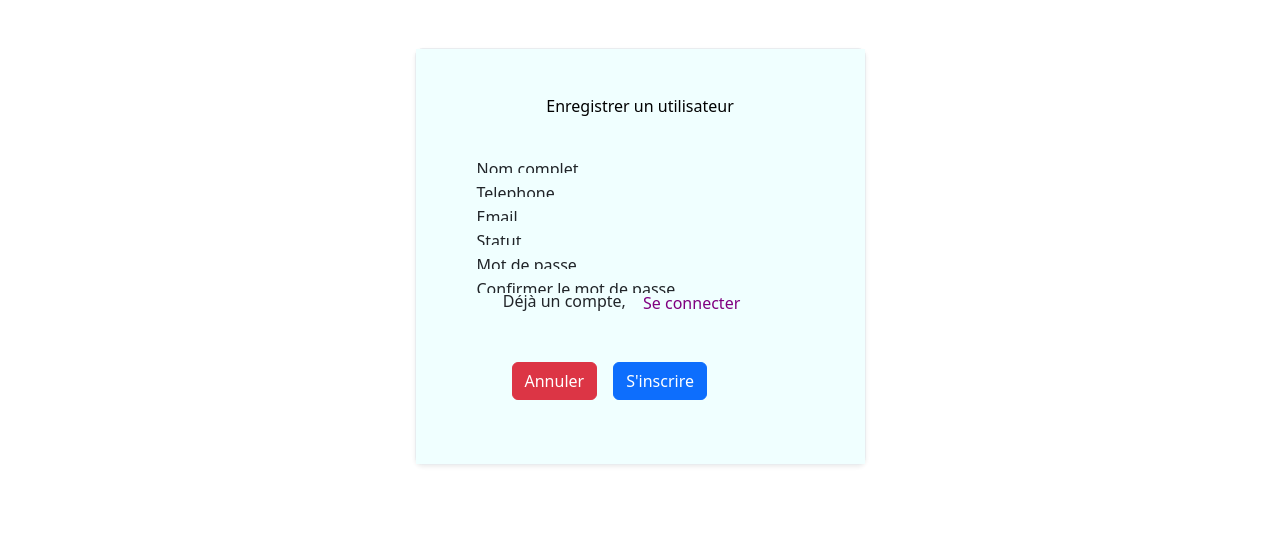
Repository: Senare1/PlaintEasy
Page: accounts/templates/accounts/signup.html
An editor plug-in stored every save of this project. The page is shown before and after the next save, followed by the edit.
The browser window is 1280 px wide. The pictures show the whole page.
The template is drawn by Django 4.2. The application's start-up code is not run. The template is opened directly, without the code that normally fills it, so the values that code supplies are empty.

Above is the page before, as saved 2024-08-10 13:20:48.

After the next save:
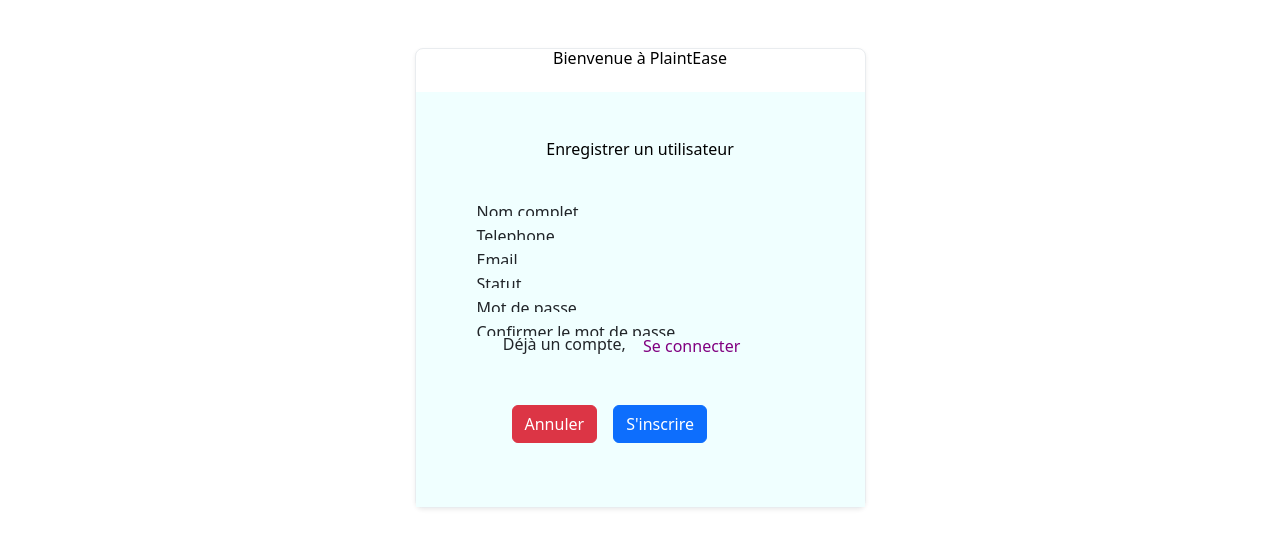
Saved 72 s later.
--- a/accounts/templates/accounts/signup.html
+++ b/accounts/templates/accounts/signup.html
@@ -23,6 +23,7 @@
           <div class="row justify-content-center">
             <div class="col-12 col-sm-10 col-md-8 col-lg-6 col-xl-5 col-xxl-4">
               <div class="card border border-light-subtle rounded-3 shadow-sm">
+                <h2 class="fs-6 fw-normal text-center text-black mb-4">Bienvenue à PlaintEase</h2>
                 <div class="card-body p-3 p-md-4 p-xl-5" style="background-color: azure;">
                   <h2 class="fs-6 fw-normal text-center text-black mb-4">Enregistrer un utilisateur</h2>
                   <form method="POST">
